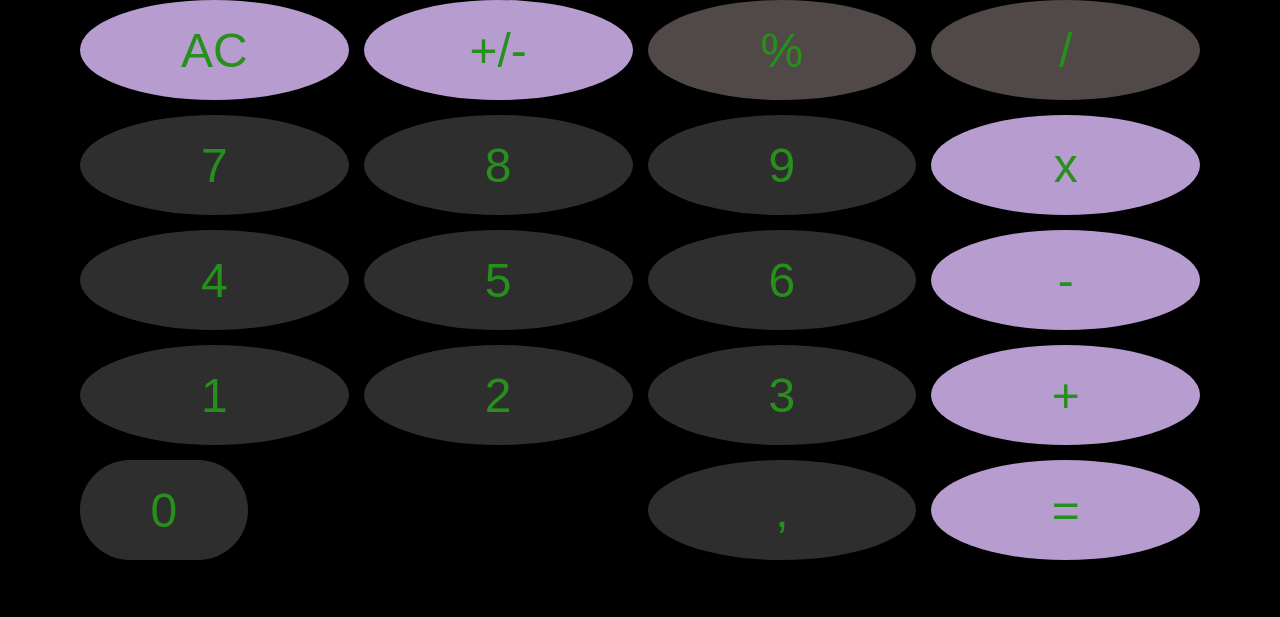
Repository: usalokiN/Web-calculator
Page: index.html
The author's editor kept a copy of each file at every save. The page is drawn from the files as they stood at one save, then again after a run of saves.
The browser window is 1280 px wide. The pictures show the whole page.
After loading, the first visible `button.numbers` was clicked once.

Above is the page before, as saved 2022-10-06 15:37:05.

After the next 2 saves:
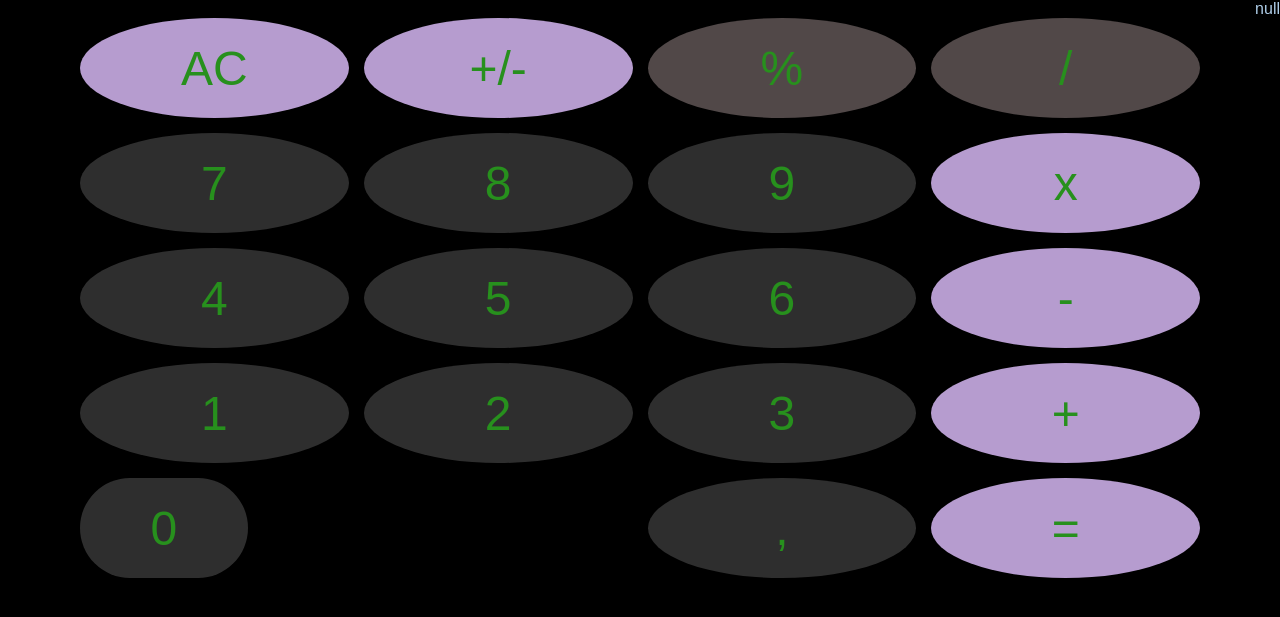
The 2 saves are shown as one change because they came seconds apart.
The last was saved 7 s later.
--- a/index.js
+++ b/index.js
@@ -23,7 +23,7 @@ for (let i = 0; i <numbers.length; i++) {
     function getFirstValue (l) {
         result.innerHTML = '';
         firstValue += l;
-        result.i
+        result.innerHTML = firstValue;
     }
 
 }
